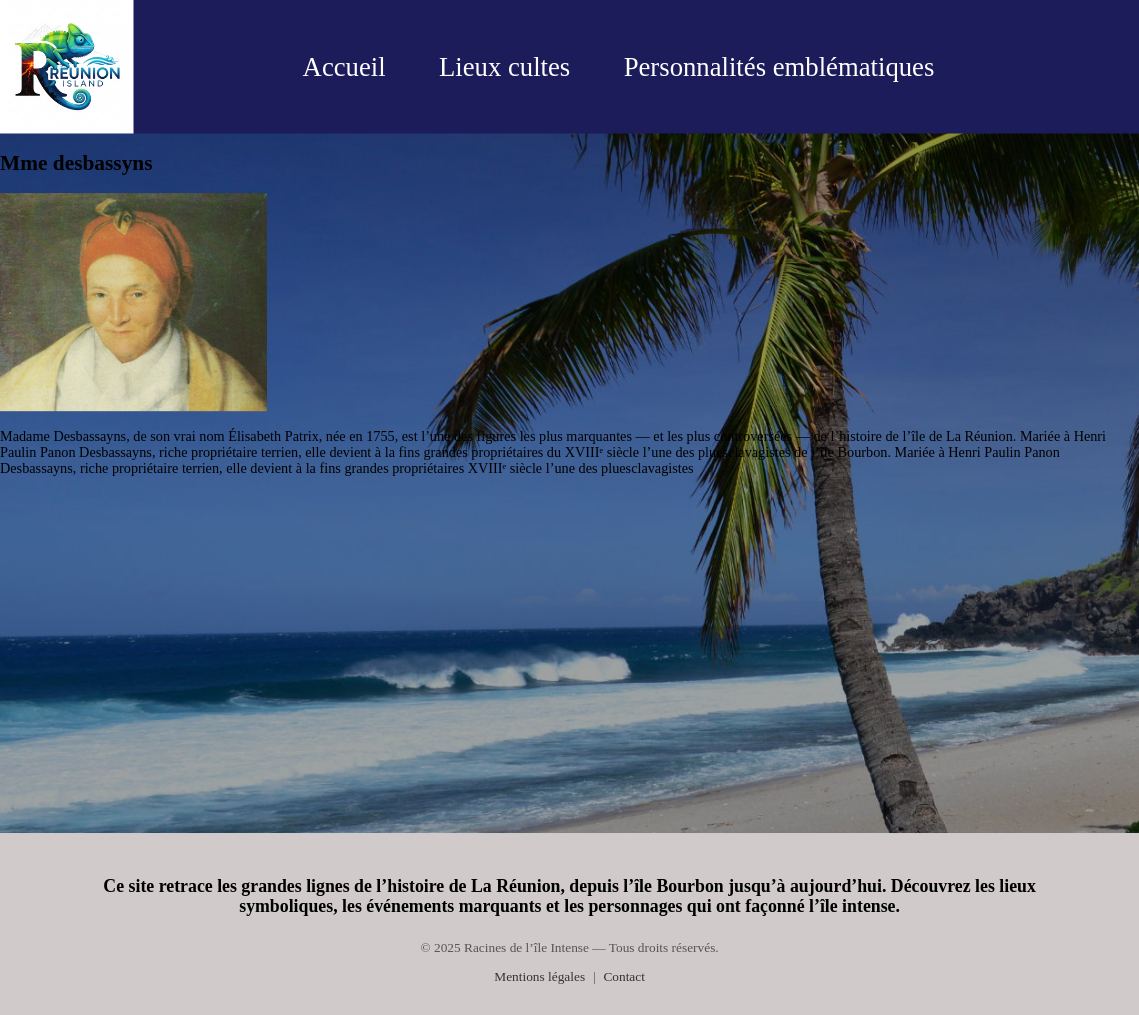
Repository: racinesintense974/Racines-de-lile-intense
Page: desbassayns.html
The author's editor kept a copy of each file at every save. The page is drawn from the files as they stood at one save, then again after the next save.
The browser window is 1280 px wide. The pictures show the whole page, at 89% of full size.

Above is the page before, as saved 2026-02-19 16:37:55.

### desbassayns.html
<!DOCTYPE html>
<html lang="fr">
<head>
    <meta charset="UTF-8">
    <title>Mme desbassyns</title>
    <link rel="stylesheet" href="css/meow.css">
</head>
<body>

<body>
    <section class="top-page">
        <header class="header">
            <img src="image/logo22.png" alt="logo du site">
        <nav class="nav">
    <ul class="menu">
        <li><a href="index.html">Accueil</a></li>

        <li class="dropdown">
            <a href="#">Lieux cultes</a>
            <ul class="submenu">
                <li><a href="mafate.html">Mafate</a></li>
                <li><a href="cilaos.html">Cilaos</a></li>
                <li><a href="volcans.html">Les volcans</a></li>
            </ul>
        </li>

        <li class="dropdown">
        <a href="#">Personnalités emblématiques</a>
            <ul class="submenu">
                <li><a href="olivier-levasseur.html">Olivier Levasseur</a></li>
                <li><a href="Desbassayns.html">Madame Desbassayns</a></li>
                <li><a href="Garros.html">Rolland Garros</a></li>
            </ul>
        </li>

    </ul>
    </nav>
</header>

<main>
    <h1>Mme desbassyns</h1>
    <img src="image/desbassyns.png" width="300">
        <p>
        Madame Desbassayns, de son vrai nom Élisabeth Patrix, née en 1755, est l’une des figures

        les plus marquantes — et les plus controversées — de l’histoire de l’île de La Réunion.

        Mariée à Henri Paulin Panon Desbassayns, riche propriétaire terrien, elle devient à la fins grandes propriétaires

        du XVIIIᵉ siècle l’une des pluesclavagistes de l’île Bourbon.

       Mariée à Henri Paulin Panon Desbassayns, riche propriétaire terrien, elle devient à la fins grandes propriétaires

       XVIIIᵉ siècle l’une des pluesclavagistes
        </p>
    </div>
</main>
<footer class="footer">
    <h1 class="big-title2">Ce site retrace les grandes lignes de l’histoire de La Réunion, depuis l’île Bourbon jusqu’à aujourd’hui. Découvrez les lieux symboliques, les événements marquants et les personnages qui ont façonné l’île intense.</h1>
  <p>&copy; 2025 Racines de l’île Intense — Tous droits réservés.</p>
  <p><a href="mentions-legales.html">Mentions légales</a> | <a href="contact.html">Contact</a></p>
</footer>

    </section>
</body>
</html>

### css/meow.css

*

body {
    margin: 0 auto;

}

header.header {
    display: flex;
    align-items: center;
    background-color: rgb(28, 28, 91);                    /* Entête */
    margin: 0;

}

header.header img {
    width: 150px;
}






section.top-page {
    background: url('../image/sudreunion_grandeanse.jpg');
    background-size: cover;
    height: 136vh;
    padding: 0px;
}
/* page de bienvenue (landing page) */
.big-title {
    color: rgb(255, 255, 255);
    font-size: 27px;
    padding: 55px 360px;
    background-color: rgba(0, 0, 0, 0.323);
    margin-top: 0;



}
html, body {
  height: 100%;           /* Nécessaire pour que le conteneur remplisse l'écran */
  margin: 0;
  padding: 0;
}

.conteneur-central {
  display: flex;
  justify-content: center;      /* centre horizontalement */
  align-items: center;          /* centre verticalement */
  height: 70vh;                /* 100% de la hauteur de l'écran */
}

/* La galerie contient les images */
.galerie-images {
  display: flex;
  gap: 20px;
  flex-wrap: wrap;
  justify-content: center;
}

.galerie-images img {
  width: 390px;
  height: auto;
  border-radius: 50px;
  box-shadow: 0 4px 10px rgba(0, 0, 0, 0.1);
  transition: transform 0.3s ease;
}

.galerie-images img:hover {
  transform: scale(1.05);
}

.big-title2 {
    color: black;
    font-size: 20px;
    padding: 10px 50px;
}

.footer {
    width: 100%;
  background-color: #d0caca;
  padding: 20px;
  text-align: center;
  font-size: 15px;
  color: #555;
  border-top: 1px solid #ccc;
  margin-top: 400px;
   box-sizing: border-box;

}

.footer a {
  color: #333;
  text-decoration: none;
  margin: 0 5px;
}

.footer a:hover {
  text-decoration: underline;
}


/* menu de navigation */

nav.nav {
    display: flex;
    justify-content: space-between;
    list-style: none;
    width: 970px;
    margin-left: 180px;
font-size: 30px;
}


nav.nav li {
    color: white;
}



/* ===== MENU DEROULANT LIEUX-CULTES ===== */

nav.nav ul.menu {
    list-style: none;
    display: flex;
    gap: 40px;           /* espace entre les éléments */
    margin: 0;
    padding: 0;
}

nav.nav ul.menu > li {
    position: relative;
}

nav.nav ul.menu a {
    text-decoration: none;
    color: white;
    font-size: 30px;
    padding: 10px;
}

/* Sous-menu caché */
.submenu {
    list-style: none;
    padding: 0;
    margin: 0;
    position: absolute;
    background: rgb(12, 16, 70);
    border-radius: 5px;
    border: 1px solid black;
    display: none;
    min-width: 180px;
    z-index: 10;
}

/* Liens du sous-menu */
.submenu li a {
    color: black;
    padding: 10px;
    display: block;
    font-size: 20px;
}

/* Apparition au survol */
.dropdown:hover .submenu {
    display: block;
}

/* Effet hover */
.submenu li a:hover {
    background-color: #a01212;
}

After the next save:
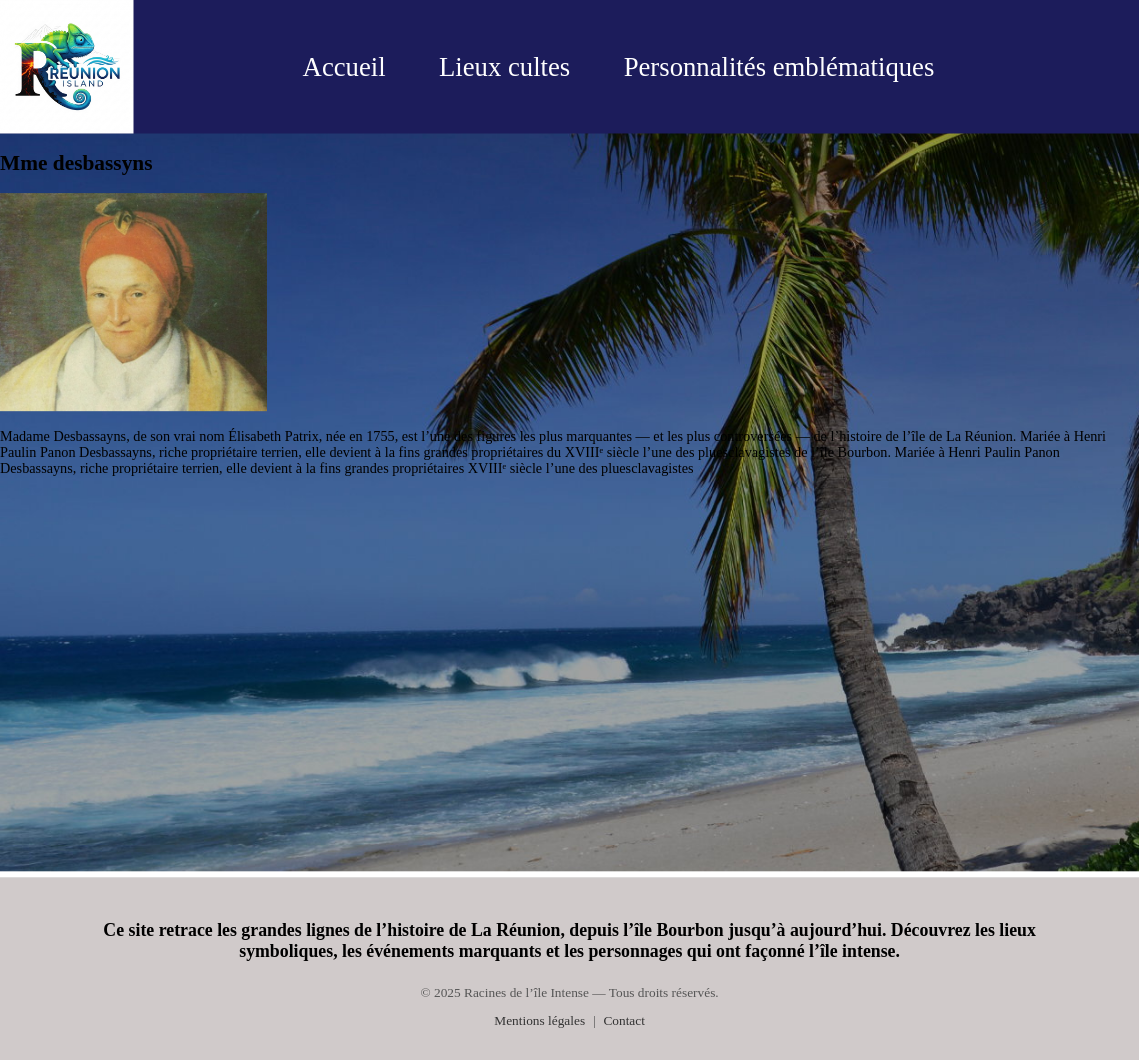
Saved 17 s later.
--- a/css/meow.css
+++ b/css/meow.css
@@ -87,7 +87,7 @@ html, body {
   font-size: 15px;
   color: #555;
   border-top: 1px solid #ccc;
-  margin-top: 400px;
+  margin-top: 450px;
    box-sizing: border-box;
 
 }
